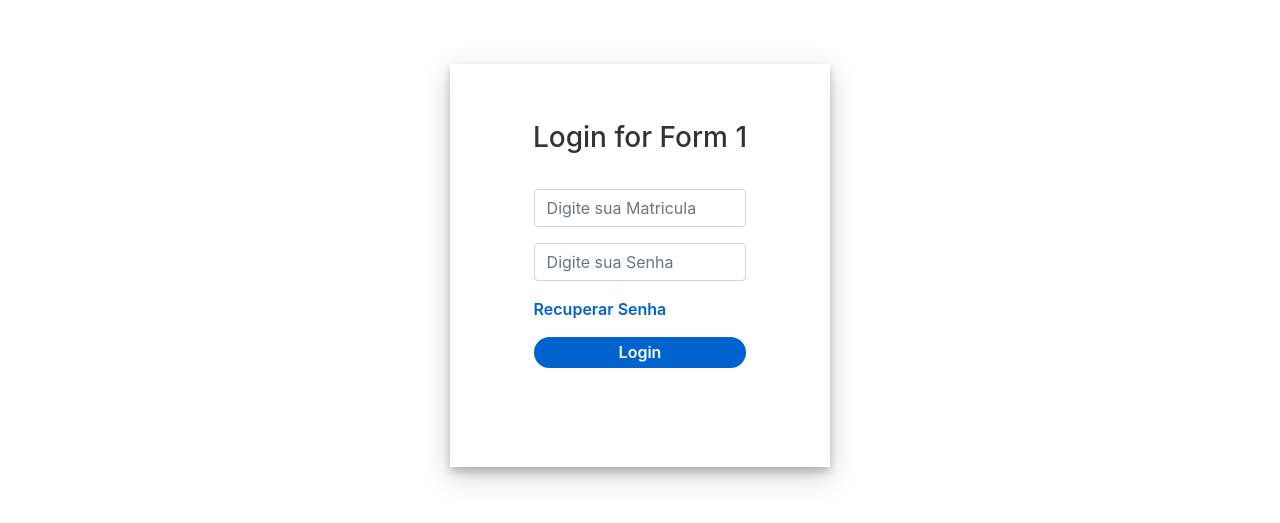
Repository: gabrielfeliphe/AssistenciaTecnica
Page: http://localhost/PI-AssistenciaTecnica/
The author's editor kept a copy of each file at every save. The page is drawn from the files as they stood at one save, then again after the next save.
The browser window is 1280 px wide. The pictures show the whole page.
The page is served by Tomcat 9. Other server files are loaded and not shown.

Above is the page before, as saved 2021-10-03 00:44:28.
Console error: TypeError: Cannot read properties of undefined (reading 'fn')

### PI-AssistenciaTecnica/WebContent/index.html
<!DOCTYPE html>

<html lang="pt-br" dir="ltr">

  <head>

    <meta charset="utf-8">

    <title>َHOME - Assistencia Técnica Briquete</title>

    <link rel="stylesheet" href="https://stackpath.bootstrapcdn.com/bootstrap/4.1.3/css/bootstrap.min.css" integrity="sha384-MCw98/SFnGE8fJT3GXwEOngsV7Zt27NXFoaoApmYm81iuXoPkFOJwJ8ERdknLPMO" crossorigin="anonymous">
	<script src="https://stackpath.bootstrapcdn.com/bootstrap/4.1.3/js/bootstrap.min.js" integrity="sha384-ChfqqxuZUCnJSK3+MXmPNIyE6ZbWh2IMqE241rYiqJxyMiZ6OW/JmZQ5stwEULTy" crossorigin="anonymous"></script>

	<link rel= "stylesheet" type = "text/css" href="css/login.css">


  </head>

  <body>

	<div class="container login-container">
            <div class="row">
                <div class="col-md-4 col-md-offset-4 login-form-1">
                    <h3>Login for Form 1</h3>
                    <form>
                        <div class="form-group">
                            <input type="text" class="form-control" placeholder="Digite sua Matricula " value="" />
                        </div>
                        <div class="form-group">
                            <input type="password" class="form-control" placeholder="Digite sua Senha" value="" />
                        </div>
                         <div class="form-group">
                            <a href="#" class="ForgetPwd">Recuperar Senha</a>
                        </div>
                        <div class="form-group">
                            <input type="submit" class="btnSubmit" value="Login" />
                        </div>
                    </form>
                </div>
               </div>
        </div>

	<script src="https://code.jquery.com/jquery-3.3.1.slim.min.js" integrity="sha384-q8i/X+965DzO0rT7abK41JStQIAqVgRVzpbzo5smXKp4YfRvH+8abtTE1Pi6jizo" crossorigin="anonymous"></script>
	<script src="https://cdnjs.cloudflare.com/ajax/libs/popper.js/1.14.3/umd/popper.min.js" integrity="sha384-ZMP7rVo3mIykV+2+9J3UJ46jBk0WLaUAdn689aCwoqbBJiSnjAK/l8WvCWPIPm49" crossorigin="anonymous"></script>



  </body>

</html>

### PI-AssistenciaTecnica/WebContent/css/login.css
.login-container{
    margin-top: 5%;
    margin-bottom: 5%;
}
.login-form-1{
    padding: 5%;
    box-shadow: 0 5px 8px 0 rgba(0, 0, 0, 0.2), 0 9px 26px 0 rgba(0, 0, 0, 0.19);
     margin: 0 auto;
 	 width: 100%;
}
.login-form-1 h3{
    text-align: center;
    color: #333;
}
.login-container form{
    padding: 10%;
}
.btnSubmit
{
    width: 100%;
    border-radius: 1rem;
    padding: 1.5%;
    border: none;
    cursor: pointer;
}
.login-form-1 .btnSubmit{
    font-weight: 600;
    color: #fff;
    background-color: #0062cc;
}
.login-form-1 .ForgetPwd{
    color: #0062cc;
    font-weight: 600;
    text-decoration: none;
}

After the next save:
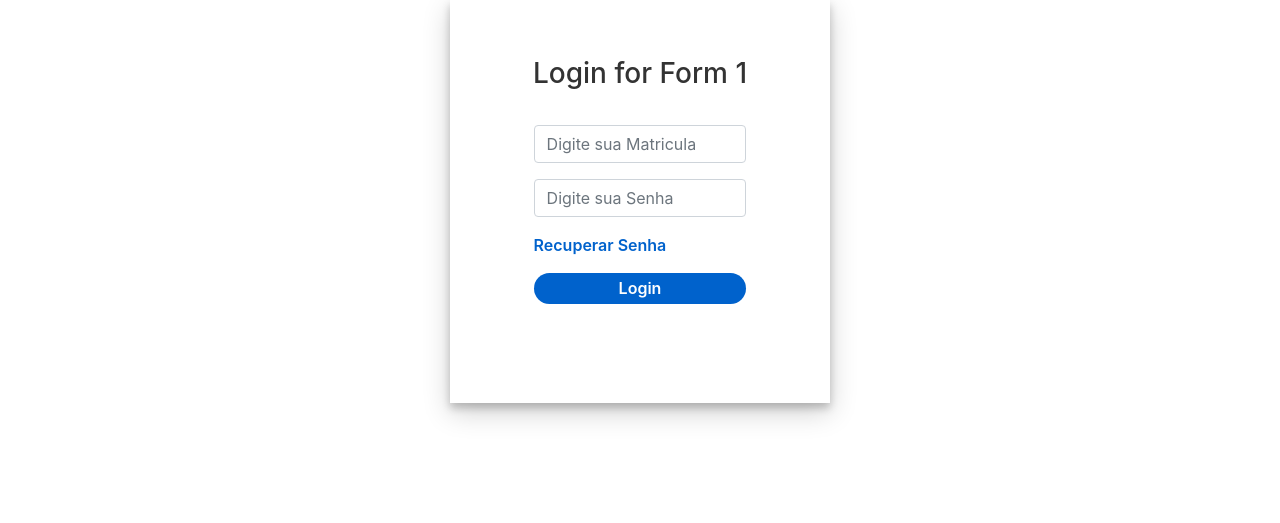
Saved 5 s later.
--- a/PI-AssistenciaTecnica/WebContent/css/login.css
+++ b/PI-AssistenciaTecnica/WebContent/css/login.css
@@ -1,7 +1,4 @@
-.login-container{
-    margin-top: 5%;
-    margin-bottom: 5%;
-}
+
 .login-form-1{
     padding: 5%;
     box-shadow: 0 5px 8px 0 rgba(0, 0, 0, 0.2), 0 9px 26px 0 rgba(0, 0, 0, 0.19);

After the save that followed:
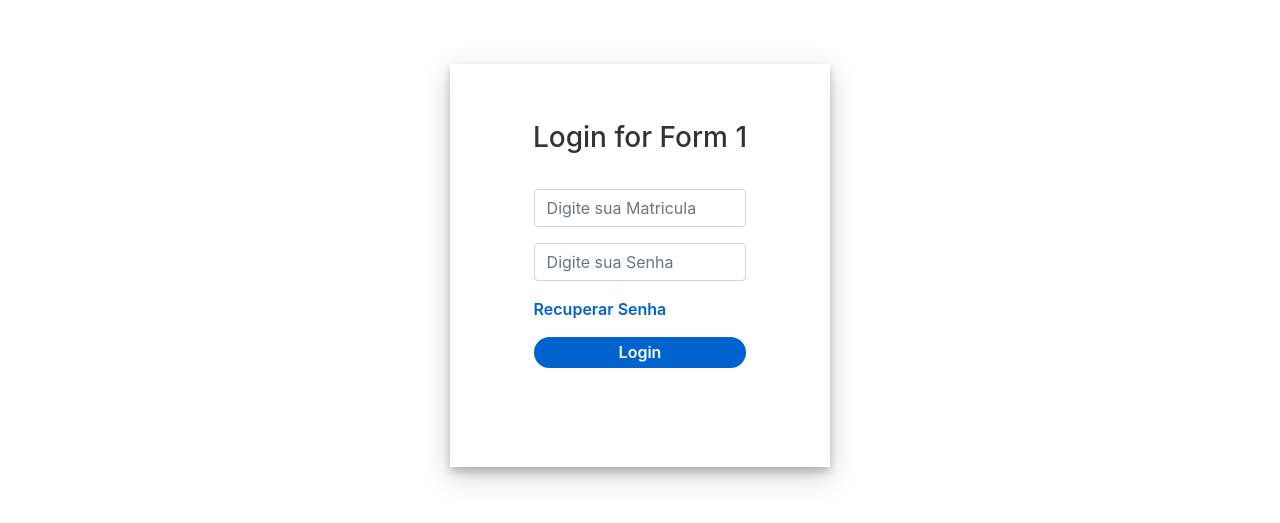
Saved 4 s later.
--- a/PI-AssistenciaTecnica/WebContent/css/login.css
+++ b/PI-AssistenciaTecnica/WebContent/css/login.css
@@ -1,4 +1,7 @@
-
+.login-container{
+    margin-top: 5%;
+    margin-bottom: 5%;
+}
 .login-form-1{
     padding: 5%;
     box-shadow: 0 5px 8px 0 rgba(0, 0, 0, 0.2), 0 9px 26px 0 rgba(0, 0, 0, 0.19);
